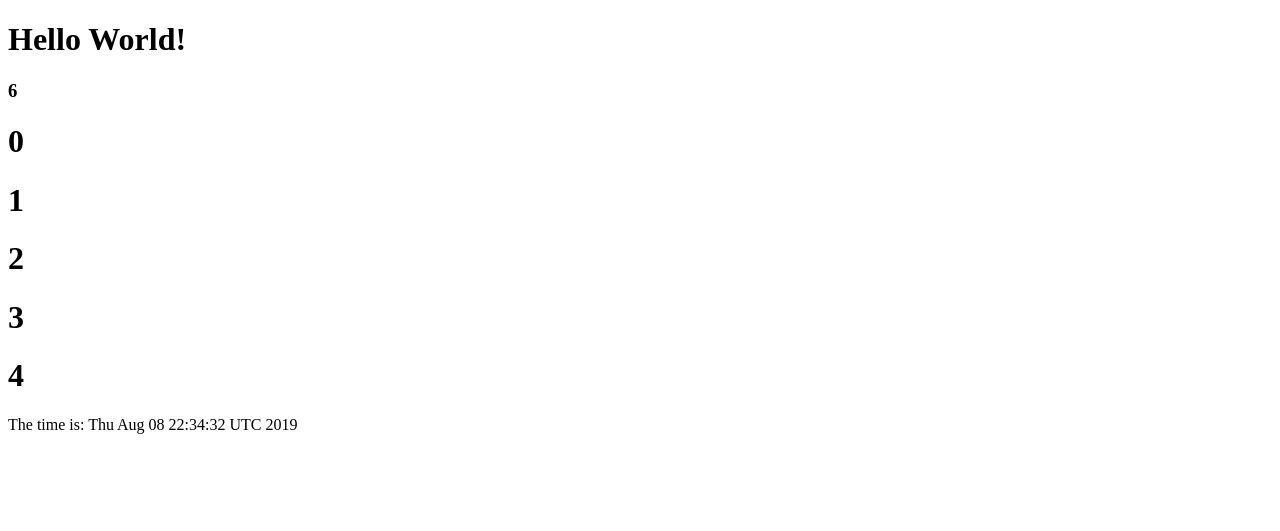
Repository: ACow3/java
Page: http://localhost/HelloWorld/demo.jsp
An editor plug-in stored every save of this project. The page is shown before and after the next save, followed by the edit.
The browser window is 1280 px wide. The pictures show the whole page.
The page is served by Tomcat 9. Other server files are loaded and not shown.

Above is the page before, as saved 2019-08-09 00:26:00.

### javaOOP/HelloWorld/WebContent/demo.jsp
<%@ page language="java" contentType="text/html; charset=UTF-8"
    pageEncoding="UTF-8" import="java.util.Date" %>
<!DOCTYPE html>
<html>
<head>
<meta charset="UTF-8">
<title>Demo JSP</title>
</head>
<body>
	<h1>Hello World!</h1>
	<%!
	public int add(int a, int b) {
		return a + b;
	}
	%>

	<%
	int i = 2;
	int j = 4;
	%>

	<h3><%= add(i, j) %></h3>
	<% for(int index = 0; index < 5; index++) { %>
		<h1><%= index %></h1>
	<% } %>

	<p>The time is: <%= new Date() %></p>

</body>
</html>

After the next save:
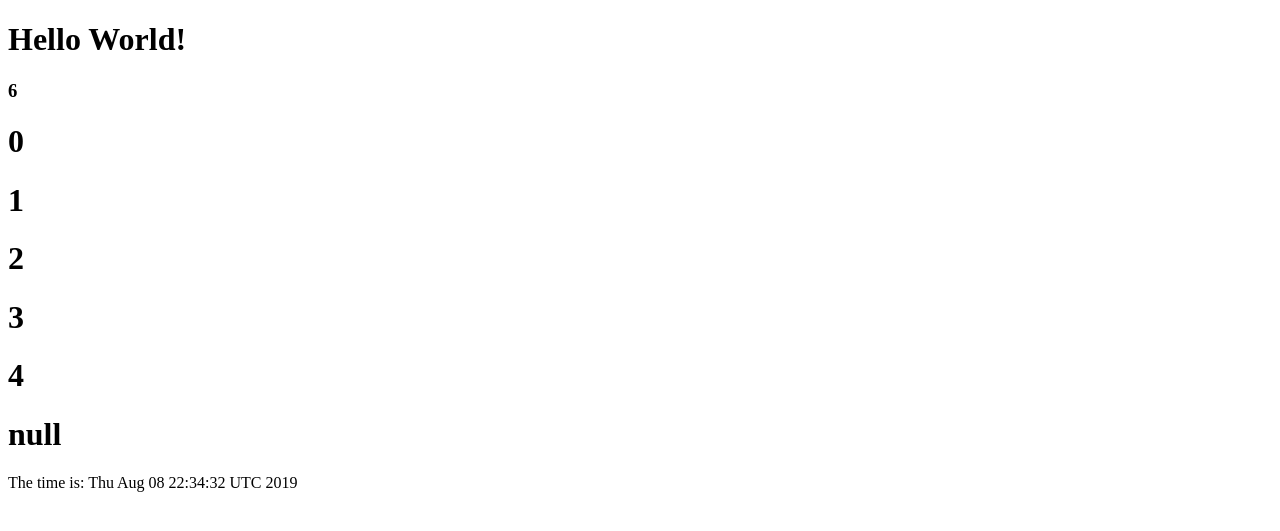
Saved 3 min 29 s later.
--- a/javaOOP/HelloWorld/WebContent/demo.jsp
+++ b/javaOOP/HelloWorld/WebContent/demo.jsp
@@ -24,6 +24,11 @@
 		<h1><%= index %></h1>
 	<% } %>
 
+	<!-- getting the value for the name parameter -->
+    <% String req = request.getParameter("name"); %>
+    <!-- displaying the value -->
+    <h1><%= req %></h1>
+
 	<p>The time is: <%= new Date() %></p>
 
 </body>
